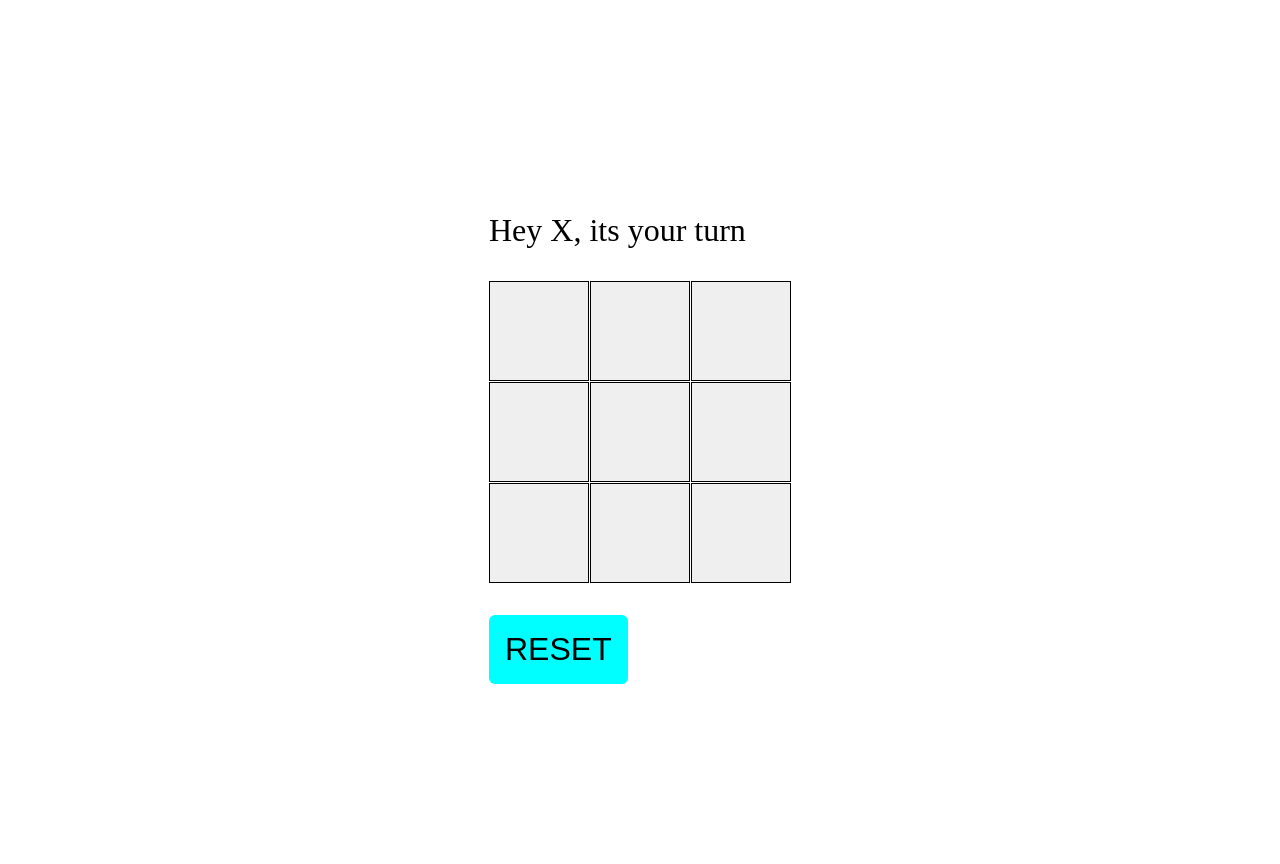
Repository: Ellisvelandia/tic-tac-toe
Page: /
The author's editor kept a copy of each file at every save. The page is drawn from the files as they stood at one save, then again after the next save.
The browser window is 1280 px wide. The pictures show the whole page.
The project was rebuilt for these pictures with package versions that can differ from the ones it lists, and the page was loaded fresh each time. The framework's server and built-in components were replaced by stand-ins that run in the browser. Also part of the build but not shown: next.config.js.

Above is the page before, as saved 2022-09-06 21:05:53.

After the next save:
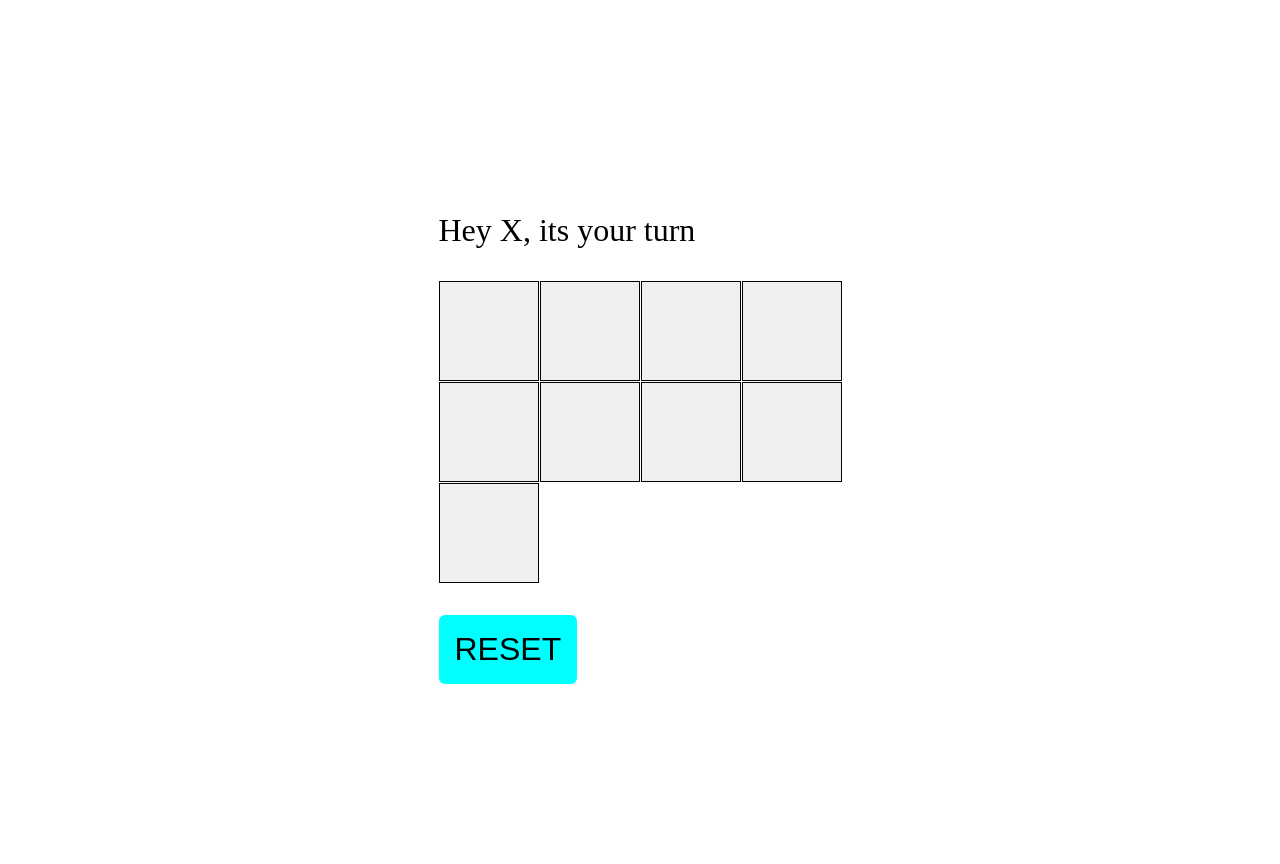
Saved 11 s later.
--- a/styles/globals.css
+++ b/styles/globals.css
@@ -3,7 +3,7 @@
   place-content: center;
   grid-gap: 1px;
   margin: 0;
-  grid-template-columns: repeat(3, 1fr);
+  grid-template-columns: repeat(4, 1fr);
 }
 
 .square {

After the save that followed:
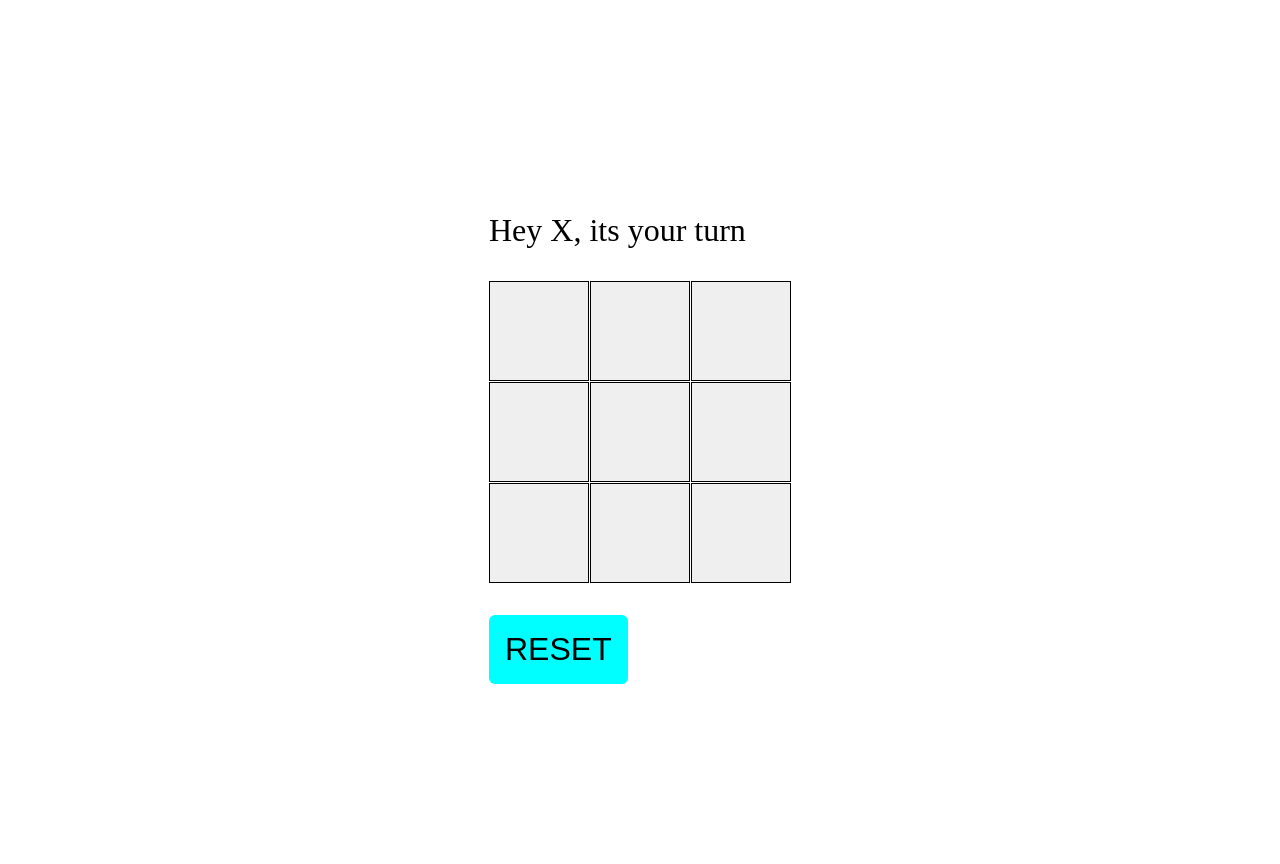
Saved 4 s later.
--- a/styles/globals.css
+++ b/styles/globals.css
@@ -3,7 +3,7 @@
   place-content: center;
   grid-gap: 1px;
   margin: 0;
-  grid-template-columns: repeat(4, 1fr);
+  grid-template-columns: repeat(3, 1fr);
 }
 
 .square {
